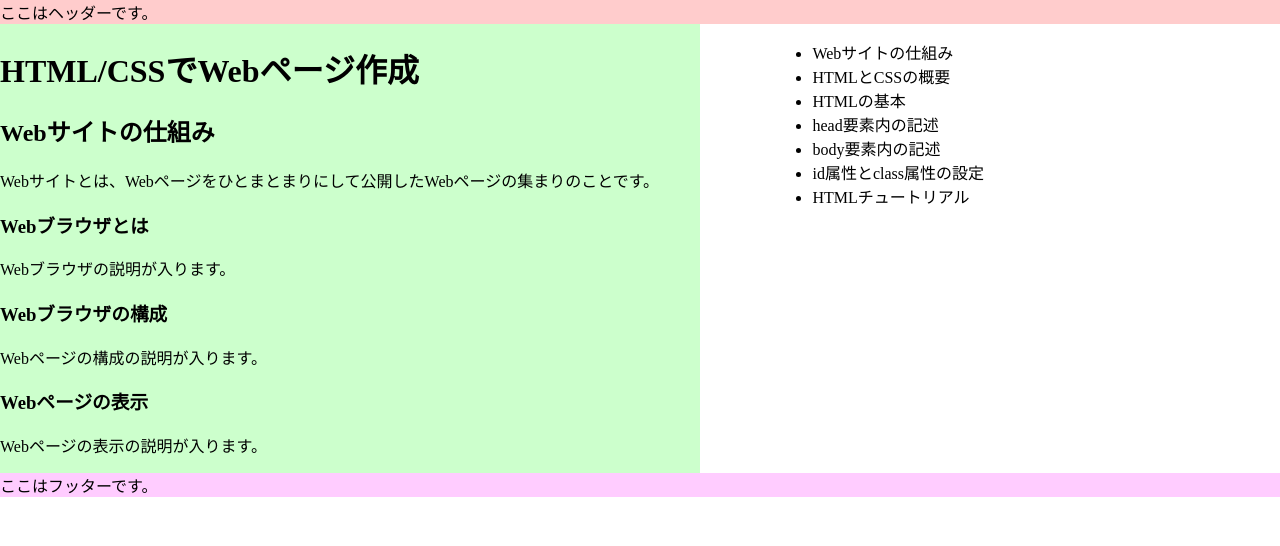
Repository: kazumasatomoto/kadai-tasklist-
Page: kadai-html.html
The author's editor kept a record of every edit. The page is drawn from the files as they stood at one moment, then again after the next edit.
The browser window is 1280 px wide. The pictures show the whole page.

Above is the page before.

### kadai-html.html
<!DOCTYPE html>
<html lang="ja">
    <head>
        <meta charset="utf-8">
        <title>HTML/CSSでWeb</title>
        <link rel="stylesheet" href="kadai-css.css">
    </head>
    <body>
        <header>ここはヘッダーです。
        </header>
        <div id="wrapper">
            <div id="main">
                    <h1>HTML/CSSでWebページ作成</h1>
                        <h2>Webサイトの仕組み</h2>
                            <p>
                               Webサイトとは、Webページをひとまとまりにして公開したWebページの集まりのことです。
                            </p>
                        <h3>Webブラウザとは</h3>
                         <p>Webブラウザの説明が入ります。
                         </p>
                        <h3>Webブラウザの構成</h3>
                         <p>Webページの構成の説明が入ります。
                         </p>
                        <h3>Webページの表示</h3>
                         <p>Webページの表示の説明が入ります。
                         </p>
           </div>
            <nav id="menu">
                <ul>
                    <li>Webサイトの仕組み</li>
                    <li>HTMLとCSSの概要</li>
                    <li>HTMLの基本</li>
                    <li>head要素内の記述</li>
                    <li>body要素内の記述</li>
                    <li>id属性とclass属性の設定</li>
                    <li>HTMLチュートリアル</li>
                </ul>
            </nav>
        </div>
        <footer>ここはフッターです。
        </footer>
    </body>
</html>

### kadai-css.css
@charset "UTF-8";
body {
    margin: 0;
    padding: 0;
}
header {
    background-color: #ffcccc;
}
#wrapper {
    width: 984px;
    display: flex;
    justify-content: space-between;
}
#main {
    width: 700px;
    background-color: #ccffcc;
}
menu {
    width: 300px;
    background-color: #ccccff;
}
footer {
    background-color: #ffccff;
}

After the next edit:
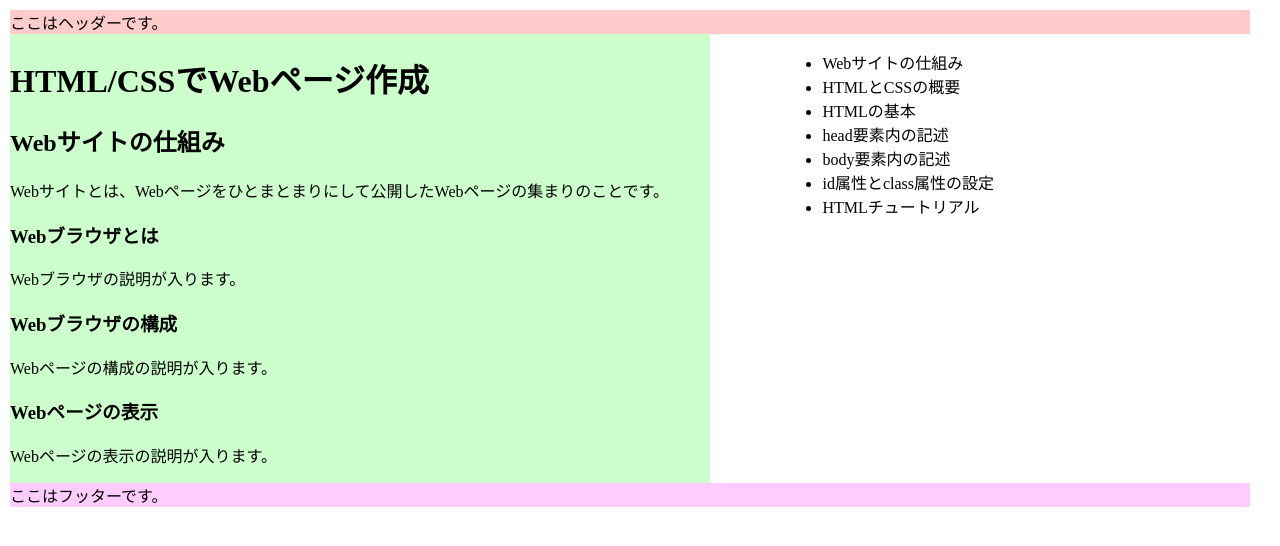
The edit:
--- a/kadai-css.css
+++ b/kadai-css.css
@@ -1,6 +1,6 @@
 @charset "UTF-8";
 body {
-    margin: 0;
+    margin: 10px 30px 20px 10px;
     padding: 0;
 }
 header {
